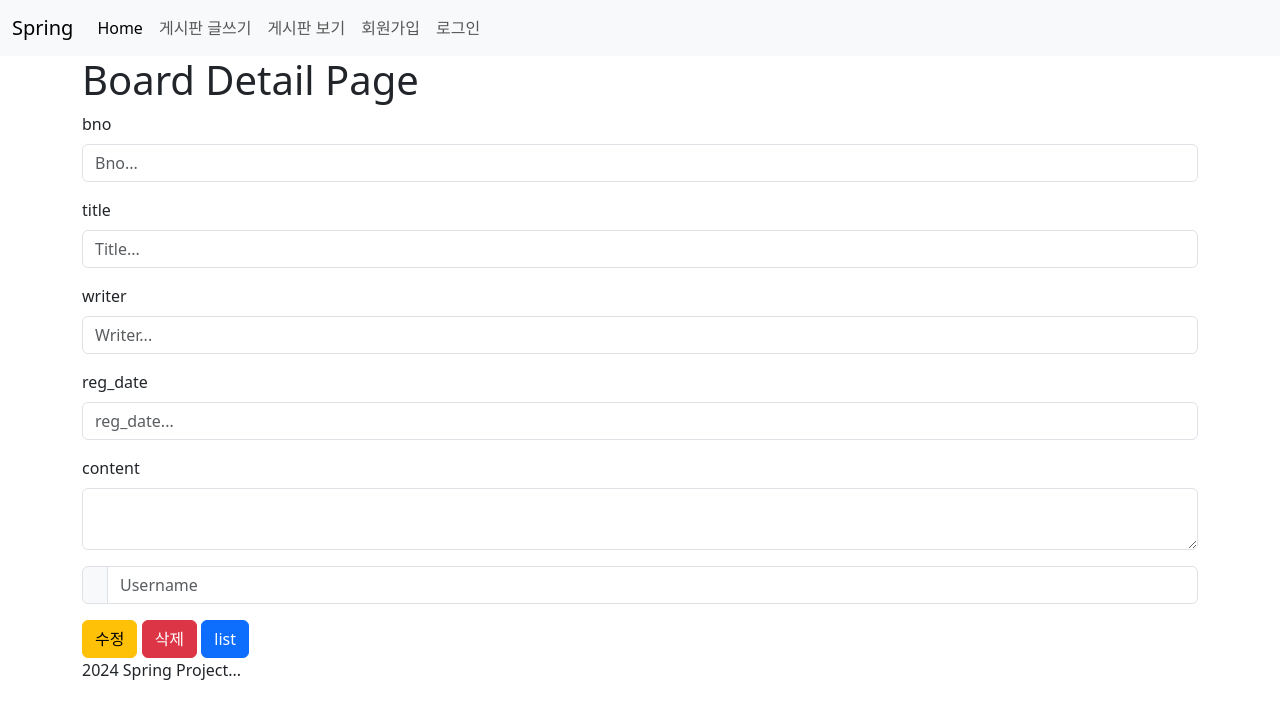
Repository: lhj6399/springTest240430
Page: http://localhost/spring_study/WEB-INF/views/board/detail.jsp
An editor plug-in stored every save of this project. The page is shown before and after the next save, followed by the edit.
The browser window is 1280 px wide. The pictures show the whole page.
The page is served by Tomcat 9. Nobody is signed in. The template is opened directly, without the code that normally fills it, so the values that code supplies are empty.

Above is the page before, as saved 2024-04-26 02:42:44.

### spring_study/src/main/webapp/WEB-INF/views/board/detail.jsp
<%@ page language="java" contentType="text/html; charset=UTF-8"
    pageEncoding="UTF-8"%>
<jsp:include page="../layout/header.jsp" />
<div class="container-md">
<h1>Board Detail Page</h1>
	<div class="mb-3">
	  <label for="n" class="form-label">bno</label>
	  <input type="text" class="form-control" name="bno" id="n" value="${bvo.bno }" readonly="readonly" placeholder="Bno...">
	</div>
	<div class="mb-3">
	  <label for="t" class="form-label">title</label>
	  <input type="text" class="form-control" name="title" id="t" value="${bvo.title }" readonly="readonly" placeholder="Title...">
	</div>
	<div class="mb-3">
	  <label for="w" class="form-label">writer</label>
	  <input type="text" class="form-control" name="writer" id="w" value="${bvo.writer }" readonly="readonly" placeholder="Writer...">
	</div>
	<div class="mb-3">
	  <label for="r" class="form-label">reg_date</label>
	  <input type="text" class="form-control" name="reg_date" id="r" value="${bvo.reg_date }" readonly="readonly" placeholder="reg_date...">
	</div>
	<div class="mb-3">
	  <label for="c" class="form-label">content</label>
	  <textarea class="form-control" id="c" name="content" aria-label="With textarea" readonly="readonly">${bvo.content }</textarea>
	</div>

	<!-- Comment lint -->
	<!-- 댓글 등록 라인 -->
	<div class="input-group mb-3">
  <span class="input-group-text" id="basic-addon1">${ses.id }</span>
  <input type="text" class="form-control" placeholder="Username" placeholder="Add Comment..." aria-label="Username" aria-describedby="basic-addon1">
</div>
	<!-- 댓글 출력 라인 -->


	<a href="/board/modify?bno=${bvo.bno }"><button type="button" class="btn btn-warning">수정</button></a>
	<a href="/board/remove?bno=${bvo.bno }"><button type="button" class="btn btn-danger">삭제</button></a>
	<a href="/board/list"><button type="button" class="btn btn-primary">list</button></a>

</div>

<jsp:include page="../layout/footer.jsp" />

### spring_study/src/main/webapp/WEB-INF/views/layout/header.jsp
<%@ page language="java" contentType="text/html; charset=UTF-8"
    pageEncoding="UTF-8"%>
    <%@ taglib uri="http://java.sun.com/jsp/jstl/core" prefix="c" %>
<!DOCTYPE html>
<html>
<head>
<meta charset="UTF-8">
<title>header.jsp</title>
<link href="https://cdn.jsdelivr.net/npm/bootstrap@5.3.3/dist/css/bootstrap.min.css" rel="stylesheet" integrity="sha384-QWTKZyjpPEjISv5WaRU9OFeRpok6YctnYmDr5pNlyT2bRjXh0JMhjY6hW+ALEwIH" crossorigin="anonymous">
<script src="https://cdn.jsdelivr.net/npm/bootstrap@5.3.3/dist/js/bootstrap.bundle.min.js" integrity="sha384-YvpcrYf0tY3lHB60NNkmXc5s9fDVZLESaAA55NDzOxhy9GkcIdslK1eN7N6jIeHz" crossorigin="anonymous"></script>
</head>
<body>
<nav class="navbar navbar-expand-lg bg-body-tertiary">
  <div class="container-fluid">
    <a class="navbar-brand" href="#">Spring</a>
    <button class="navbar-toggler" type="button" data-bs-toggle="collapse" data-bs-target="#navbarSupportedContent" aria-controls="navbarSupportedContent" aria-expanded="false" aria-label="Toggle navigation">
      <span class="navbar-toggler-icon"></span>
    </button>
    <div class="collapse navbar-collapse" id="navbarSupportedContent">
      <ul class="navbar-nav me-auto mb-2 mb-lg-0">
        <li class="nav-item">
          <a class="nav-link active" aria-current="page" href="/">Home</a>
        </li>
        <li class="nav-item">
          <a class="nav-link" href="/board/register">게시판 글쓰기</a>
        </li>
        <li class="nav-item">
          <a class="nav-link" href="/board/list">게시판 보기</a>
        </li>
        <c:if test="${ses.id eq null }">
        <li class="nav-item">
          <a class="nav-link" href="/member/register">회원가입</a>
        </li>
        </c:if>
        <c:if test="${ses.id eq null }">
        <li class="nav-item">
          <a class="nav-link" href="/member/login">로그인</a>
        </li>
        </c:if>
        <c:if test="${ses.id ne null }">
        <li class="nav-item">
          <a class="nav-link" href="/member/logout">로그아웃</a>
        </li>
          <li class="nav-item">
          <a class="nav-link" href="/member/modify">${ses.id } (${ses.email }) welcome!!</a>
        </li>
        </c:if>
       </ul>
    </div>
  </div>
</nav>

### spring_study/src/main/webapp/WEB-INF/views/layout/footer.jsp
<%@ page language="java" contentType="text/html; charset=UTF-8"
    pageEncoding="UTF-8"%>

<div class="container-md">
 	2024 Spring Project...
</div>

</body>
</html>

After the next save:
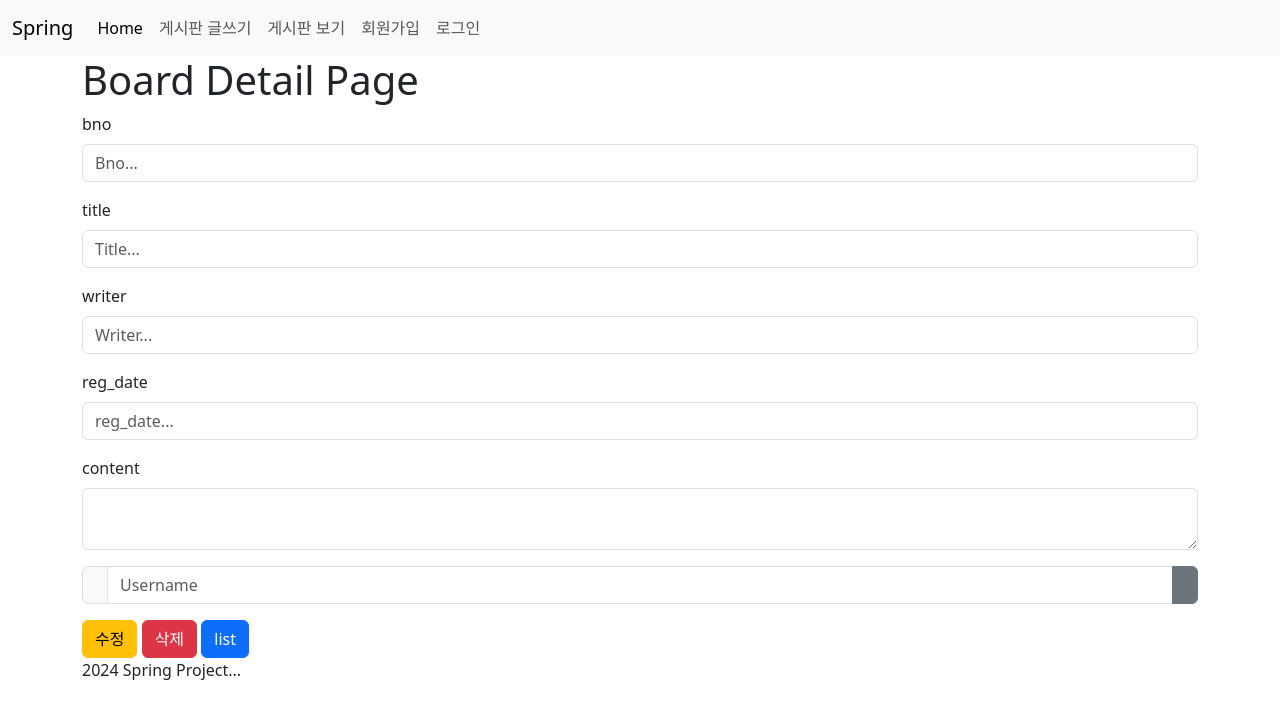
Saved 67 s later.
--- a/spring_study/src/main/webapp/WEB-INF/views/board/detail.jsp
+++ b/spring_study/src/main/webapp/WEB-INF/views/board/detail.jsp
@@ -29,6 +29,7 @@
 	<div class="input-group mb-3">
   <span class="input-group-text" id="basic-addon1">${ses.id }</span>
   <input type="text" class="form-control" placeholder="Username" placeholder="Add Comment..." aria-label="Username" aria-describedby="basic-addon1">
+	<button type="button" id="cmtAddBtn" class="btn btn-secondary"></button>
 </div>
 	<!-- 댓글 출력 라인 -->
 
